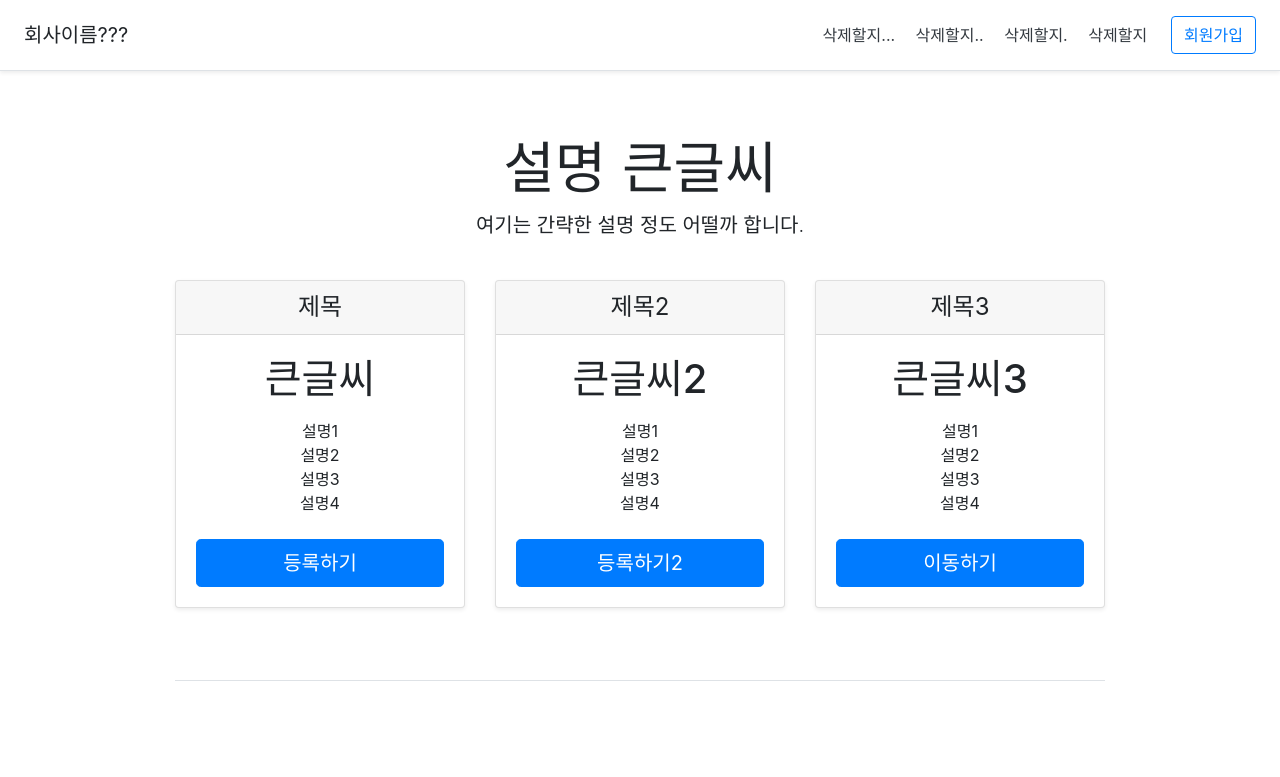
Repository: SettingRhino/innogleantmanager
Page: http://localhost/antmanager/WEB-INF/views/home.jsp
The author's editor kept a copy of each file at every save. The page is drawn from the files as they stood at one save, then again after the next save.
The browser window is 1280 px wide. The pictures show the whole page.
The page is served by Tomcat 9. Nobody is signed in. The template is opened directly, without the code that normally fills it, so the values that code supplies are empty.

Above is the page before, as saved 2020-06-07 17:09:33.

After the next save:
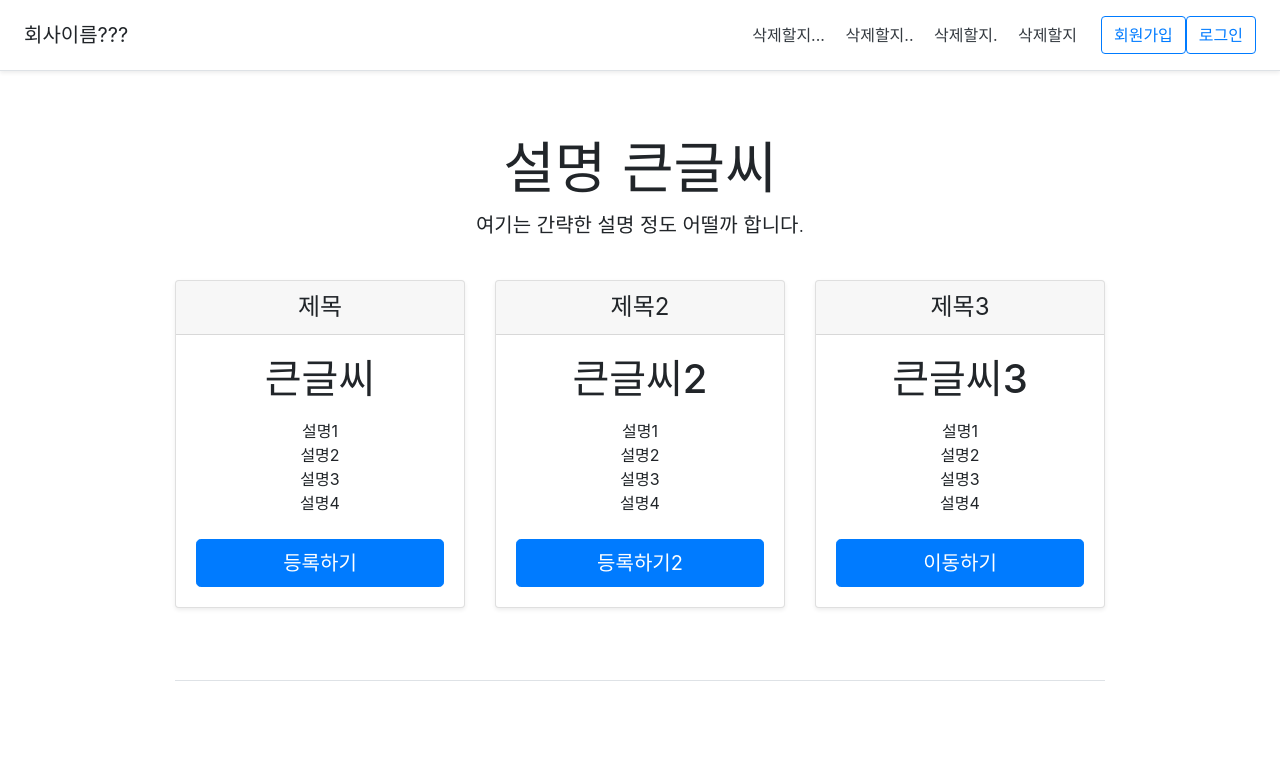
Saved 34 s later.
--- a/antmanager/src/main/webapp/WEB-INF/views/home.jsp
+++ b/antmanager/src/main/webapp/WEB-INF/views/home.jsp
@@ -54,6 +54,7 @@
     <a class="p-2 text-dark" href="#">삭제할지</a>
   </nav>
   <a class="btn btn-outline-primary" href="#">회원가입</a>
+  <a class="btn btn-outline-primary" href="#">로그인</a>
 </div>
 
 <div class="pricing-header px-3 py-3 pt-md-5 pb-md-4 mx-auto text-center">
